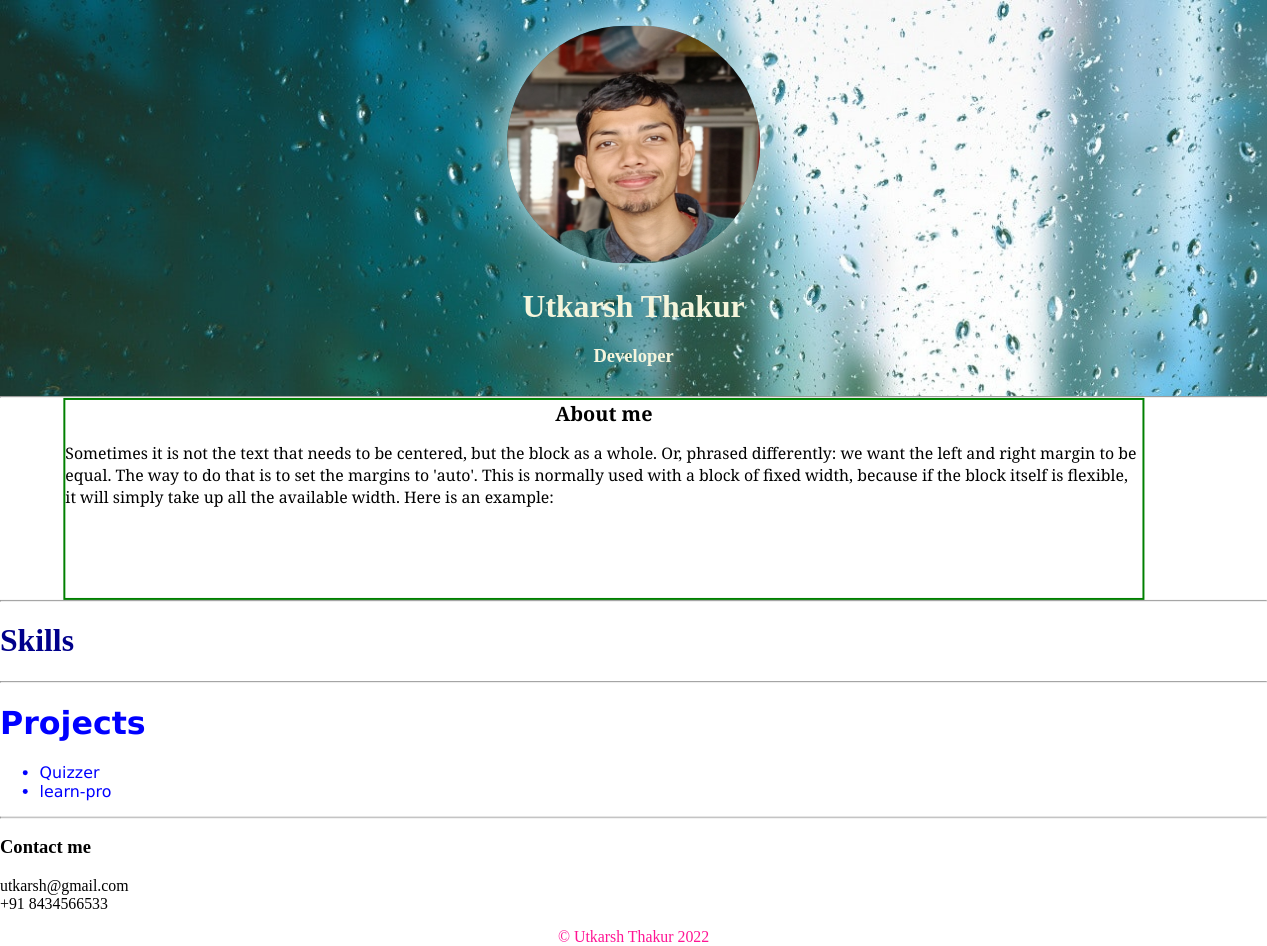
Repository: UtkarshThakur321/Utkarsh-Thakur-Profile
Page: index.html
An editor plug-in stored every save of this project. The page is shown before and after the next save, followed by the edit.
The browser window is 1280 px wide. The pictures show the whole page, at 99% of full size.

Above is the page before, as saved 2022-01-22 23:37:16.
Not found: main.js

After the next save:
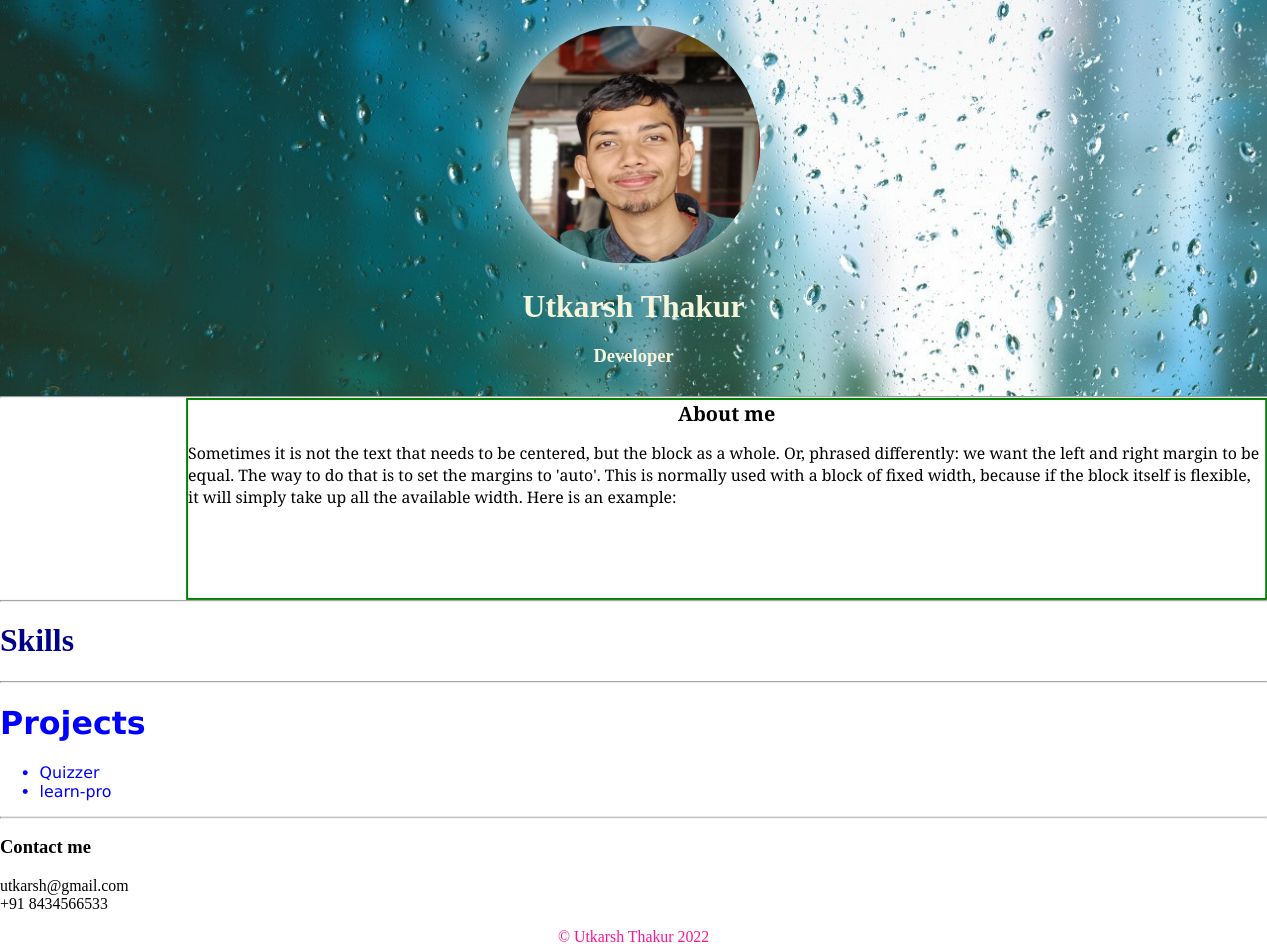
Saved 9 s later.
--- a/index.css
+++ b/index.css
@@ -28,7 +28,7 @@ body{
     width:85%;
     height:200px;
     border:2px solid green;
-    margin-left:5%;
+    margin-left:auto;
 }
 
 
